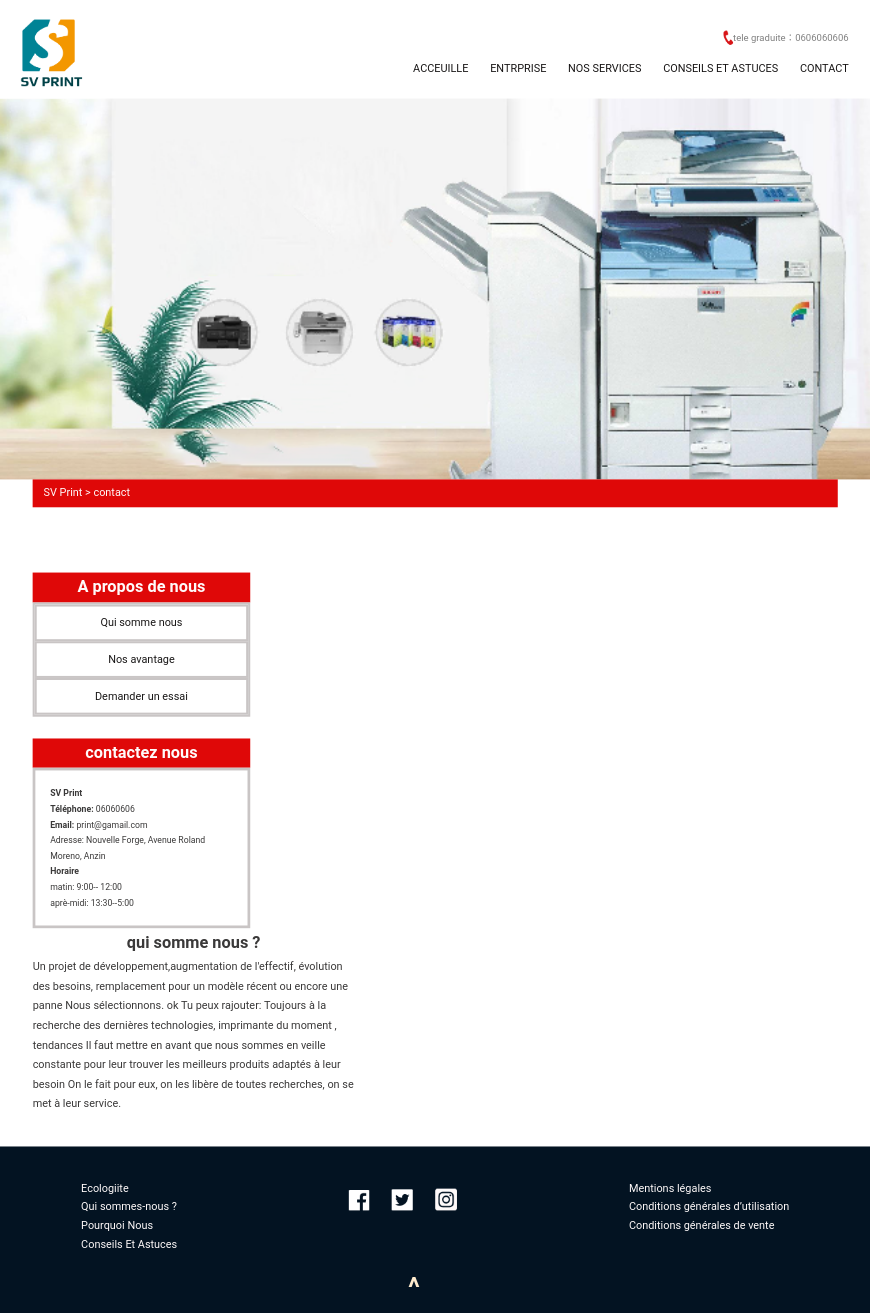
Repository: clairedupuich/sv_print
Page: index.html
The author's editor kept a copy of each file at every save. The page is drawn from the files as they stood at one save, then again after a run of saves.
The browser window is 1280 px wide. The pictures show the whole page, at 68% of full size.

Above is the page before, as saved 2020-12-04 00:36:27.
Console error: TypeError: Cannot read properties of null (reading 'appendChild')

### index.html
<!doctype html>
<html>
<head>
  <meta charset="utf-8">
  <meta name="viewport"
        content="width=device-width, initial-scale=1, user-scalable=no">
<title>SV Print</title>

<link href="style.css" rel="stylesheet" type="text/css">
<script src="print.js" type="text/javascript"></script>
</head>
<body>
<header id="fh5co-header">




  <div class="logo_nav"id="logo_nav">
    <img src="img/logo4.png" alt="SV Print" class="logo" />
     <div class="nav_tele">
      <div class="tel">
        <img src="img/call.png" class="margin-small-right"
        alt="" />tele graduite：0606060606</div>
    <ul class="nav nav-menu nav-inline nav-split nav-right text-big">
      <li id="liHome" class="home"> <a href="">ACCEUILLE</a></li>
      <li id="liabout-us" class="dropdown"><a href="">ENTRPRISE</a></li>
      <li id="liproducts" class="dropdown"><a href="">NOS SERVICES</a></li>
      <li class="side_nav1" id="cat2"><a href="">CONSEILS ET ASTUCES</a></li>
      <li class="side_nav1" id="cat1"><a href="">CONTACT</a></li>
    </ul>
    </div>
  </div>
</header>



    <div id="view">
      <ul id="img_list">
        <li id="slider1" class="owl-item"><img src="img/img_slider_1.png" class="img_slider" alt=""></li>
        <ul class="boutton_change">
          <a href="#slider5"><li><b> < </b></li></a>
          <a href="#slider2"><li><b> > </b></li></a>
        </ul>
        <li id="slider2" class="owl-item"><img src="img/Group 4.png" alt="" class="img_slider"></li>
        <ul class="boutton_change">
          <a href="#slider1"><li><b> < </b></li></a>
          <a href="#slider3"><li><b> > </b></li></a>
        </ul>
        <li id="slider3" class="owl-item"><img src="img/img_slider_31.png" alt="" class="img_slider"></li>
        <ul class="boutton_change">
          <a href="#slider2"><li><b> < </b></li></a>
          <a href="#slider4"><li><b> > </b></li></a>
        </ul>
        <li id="slider4" class="owl-item"><img src="img/promo.png" alt="" class="img_slider"></li>
        <ul class="boutton_change">
          <a href="#slider3"><li><b> < </b></li></a>
          <a href="#slider4"><li><b> > </b></li></a>
        </ul>
      </ul>
    </div>

<div class="blankbig"></div>
<!-- 临时图片 -->
<div class="img_big">
  <!-- <h3>Notre philosophie</h3>
  <p>"Ne vous plaignez jamais du client à caractère difficile car il est la caust de vos progrès"<br><br>Auguste Detoeuf</p> -->
</div>



<main>
  <div class="red">
    <p>SV Print > contact</p>
  </div>
  <div class="container_cont">
    <div class="left">
      <div class="top">
        <p class="titre">A propos de nous</p>
        <div class="about_us">
        <p class="li_left"><a href="">Qui somme nous</a></p>
        <p class="li_left"><a href="">Nos avantage</a></p>
        <p class="li_left"><a href="">Demander un essai</a></p>
      </div>
      </div>
      <div class="bottom">
        <h3 class="titre">contactez nous</h3>
        <p class="adress">
         <b>SV Print </b> <br>
         <b>Téléphone:</b> 06060606
        <br><b>Email:</b> print@gamail.com
        <br>Adresse:</b> Nouvelle Forge, Avenue Roland Moreno, Anzin

        <br><b>Horaire</b>
        <br>matin: 9:00-- 12:00
        <br>aprè-midi: 13:30--5:00
        </p>
      </div>
    </div>

    <div class="right" id="cont">
      <div class="presant">
        <h3>qui somme nous ?</h3>
        <p>Un projet de développement,augmentation de l'effectif, évolution des besoins, remplacement pour un modèle récent ou encore une panne
          Nous sélectionnons.	ok
          Tu peux rajouter:
          Toujours à la recherche des dernières technologies, imprimante du moment , tendances
          Il faut mettre en avant que nous sommes en veille constante pour leur trouver les meilleurs produits adaptés à leur besoin
          On le fait pour eux, on les libère de toutes recherches, on se met à leur service.</p>
      </div>

  </div>
</main>



          <footer>
            <div class="textFooterC">
                <div class="texFooter">
                    <a href="" class="textFooterEle">Ecologiite</a>
                    <a href="" class="textFooterEle">Qui sommes-nous ? </a>
                    <a href="" class="textFooterEle">Pourquoi Nous</a>
                    <a href="" class="textFooterEle">Conseils Et Astuces</a>

                </div>
                <div class="texFooter1 icon_footer">
                  <img src="img/Vector 1.png" alt="" class="iconFooter">
                  <img src="img/Vector2.png" alt="" class="iconFooter">
                  <img src="img/Vector 3.png" alt="" class="iconFooter">
                </div>
                <div class="texFooter">
                    <a href="" class="textFooterEle">Mentions légales</a>
                    <a href="" class="textFooterEle">Conditions générales d’utilisation</a>
                    <a href="" class="textFooterEle">Conditions générales de vente</a>
                </div>
            </div>
            <a href="#logo_nav" class="return_top"> ^ </a>
        </footer>
				</body>
</html>

### style.css
/* 主要部分 style.css */
* {
    margin: 0;
    padding: 0;
    list-style: none;
    text-decoration: none;
}

body {
    font-family: Roboto, Oxygen, Ubuntu, Cantarell, 'Open Sans', 'Helvetica Neue', sans-serif;
    font-size: 16px;
    line-height: 1.8;
    color: #3a3939;
    background: #FFF;
    height: 100%;

}

a:hover {
    text-decoration: none;
}


h1,
h2,
h3,
h4 {
    text-align: center;
    font-size: 1.5em;
    font-weight: bolder;
}
.logo {
    width: 12%;
    min-width: 4em;
    height: 12%;
    min-width: 4em;
}
.nav_tele {
    margin-right: 2em;
}
.tel {
    display: block;
    margin-bottom: 1.5em;
    text-align: right;
    line-height: 20px;
    color: #808080;
    font-size: 14px
}

.tel img {
    vertical-align: middle;
}

.logo_nav {
    display: flex;
    flex-direction: row;
    flex-wrap: wrap;
    align-items: center;
    margin-top: 1em;
    justify-content: space-between;
}
.logo_nav ul {
    display: flex;
    flex-direction: row;
    flex-wrap: wrap;
    align-items: center;
    justify-content: space-around;
    list-style: none;

}
.logo_nav ul li {
    margin-left: 2em;
}
.logo_nav ul li a{

    text-decoration: none;
    color: rgb(24, 22, 22);
    text-align: center;
}
.logo_nav ul li:hover {
     background-color: rgb(78, 120, 135);
     background-clip: content-box;

}
/* nav 结束 */

/* slider */

.img_slider {
    width: 100%;
    height: 45em;
    position: absolute;
}
#view {
    position: relative;
    width: 100%;
    overflow: hidden;
}
#view:after {
    content: '.';
    display: block;
    clear: both;
    height: 0;
    visibility: hidden;
  }
  #img_list {
    position: absolute;
    width: 100%;
  }
  #img_list li {
    float: left;
     width: 100%;
    height:46em;
  }
.blankbig {
    clear: both;
}


.boutton_change {
    display: flex;
    flex-direction: row;
    justify-content: space-around;
    cursor: pointer;
    padding: 2em 46% 0;
  }
  .boutton_change a {
    color: #000000;
    text-decoration: none;
  }
  .boutton_change a li {
    list-style: none;
  }

.container {
    display: flex;
    flex-direction: row;
    flex-wrap: wrap;
    align-items: center;
    justify-content: center;
    margin: 3.5em auto;
    text-align: center;
}
/* image replace */
.img_big {
    background-image: url(img/slider_img1.png);
    background-position: center;
    background-repeat: no-repeat;
    background-size: cover;
    height: 19em;
    padding: 12em 2em 4em 30em;
    color: ivory;
}
.img_big p {
    padding-left: 17em;
    margin-top: 3em;
}


/* footer commence */
footer {

    color: snow;
    margin-top: 2em;
    width: 100%;
    background-color: #031322;
    margin-bottom: 0;
}
.textFooterC {
    display: flex;
    flex-direction: row;
    flex-wrap: wrap;
    justify-content: space-around;
    padding-top: 3em;
    padding-bottom: 1em;
}
.texFooter {
    display: flex;
    flex-direction: column;
    line-height: 1.7em;

}

.textFooterEle {
    text-decoration: none;
    list-style: none;
    color: snow;
}
.iconsFooter {
    background-color: #0F4C81;
    text-align: center;
}
.iconFooter{
   padding: 0.9em;
}
.return_top {
    width: 100%;
    font-size: 2.5em;
    font-weight: bold;
    color: blanchedalmond;
    text-align: center;
    margin-left: 15em;
    /* margin-bottom: -3em; */
}

/* page contact commance */
.red {
    margin: 0 3em;
    padding: .4em 1em;
    background-color: rgb(223, 8, 8);
    color: snow;
    margin-bottom: 6em;
}
.container_cont {
    margin: 3em;
    display: flex;
    flex-direction: row;
    flex-wrap: wrap;
    justify-content: space-between;
}
.top {
    width: 30%;
    min-width: 20em;
    text-align: center;
    margin-bottom: 2em;

}

.about_us {
    border: solid rgb(201, 197, 197) 3px;
    line-height: 3em;
}
.li_left {
    padding: 2em auto;
    color: black;
    border: solid rgb(201, 197, 197) 3px;
}
.li_left:hover {
    background-color: rgb(201, 197, 197);
}
.li_left a {
    color: rgb(26, 24, 24);
}
.titre {
    padding: 2.5em auto;
    color: snow;
    background-color:  rgb(223, 8, 8);;
    font-size: 1.5em;
    font-weight: bold;
}
.bottom {
    width: 30%;
    min-width: 20em;
    text-align: left;
}
.bottom p {
    font-size: .8em;
    border: solid rgb(201, 197, 197) 4px;
    padding: 1.7em;
}

.presant {
    width: 40%;
}

### print.js
/* for the slider */
var img_list = document.getElementById('img_list');
setInterval(function () {
    img_list.appendChild(img_list.firstChild);
}, 2500)

After the next 2 saves:
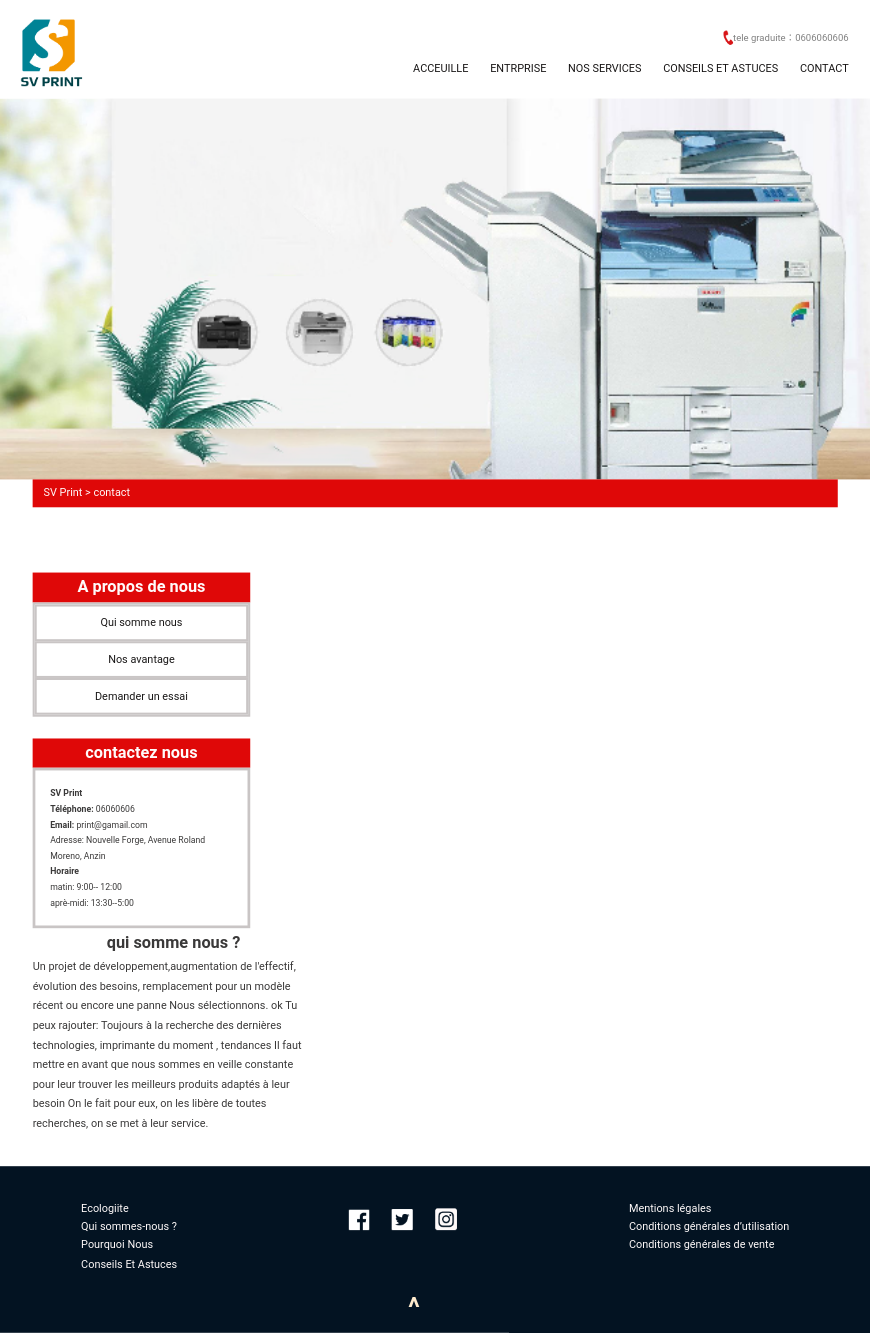
The 2 saves are shown as one change because they came seconds apart.
The last was saved 61 s later.
--- a/style.css
+++ b/style.css
@@ -260,5 +260,5 @@
 }
 
 .presant {
-    width: 40%;
-}
+    width: 35%;
+}
